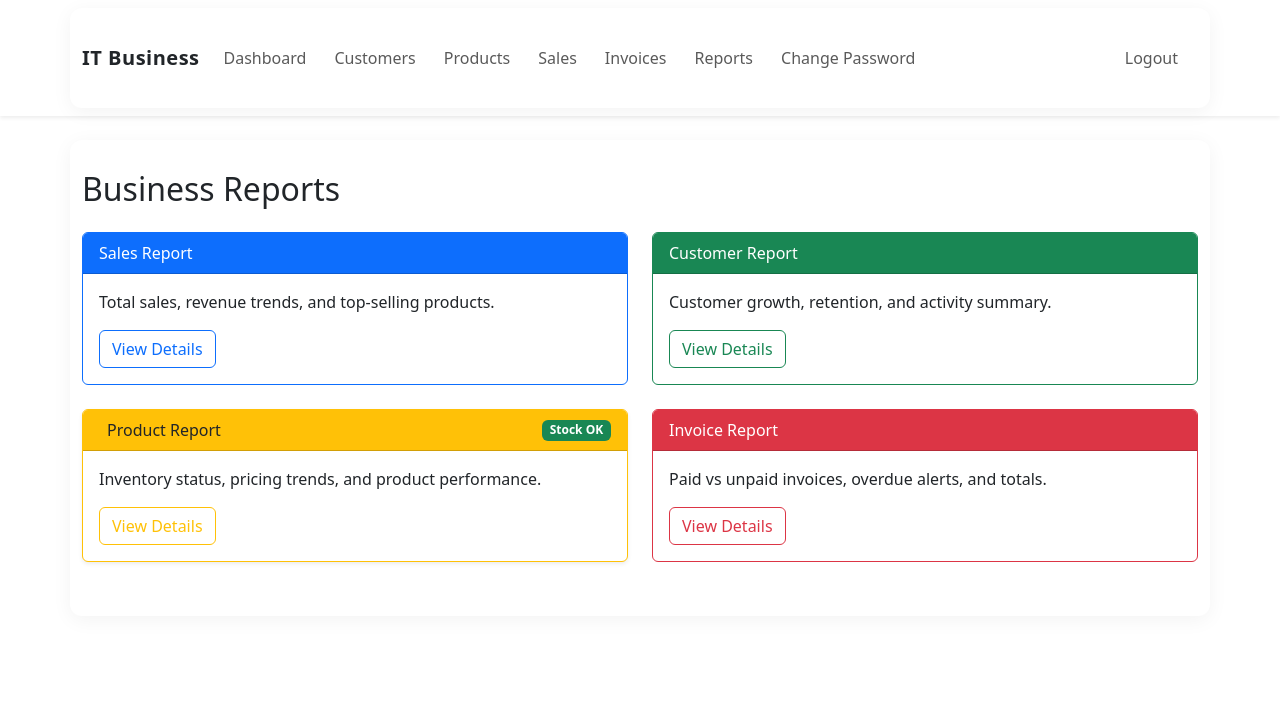
Repository: asmsaifulislam/it_business
Page: http://localhost/reports
These files come from the project's save history. The page is drawn as it stood at one moment and after a run of saves; the edit follows.
The browser window is 1280 px wide. The pictures show the whole page.
The page is served by the project's application, run on Flask 3 (app.py). The session is filled in as if someone had signed in: {"user_id": 1}. Other server files are loaded and not shown.

Above is the page before, as saved 2025-09-20 00:46:03.

### templates/reports.html
{% extends 'base.html' %}

{% block content %}
<h2 class="mb-4">Business Reports</h2>

<div class="row">
    <!-- Sales Report -->
    <div class="col-md-6 mb-4">
        <div class="card border-primary">
            <div class="card-header bg-primary text-white">Sales Report</div>
            <div class="card-body">
                <p>Total sales, revenue trends, and top-selling products.</p>
                <a href="{{ url_for('sales_report_view') }}" class="btn btn-outline-primary">View Details</a>
            </div>
        </div>
    </div>

    <!-- Customer Report -->
    <div class="col-md-6 mb-4">
        <div class="card border-success">
            <div class="card-header bg-success text-white">Customer Report</div>
            <div class="card-body">
                <p>Customer growth, retention, and activity summary.</p>
                <a href="{{ url_for('customer_report') }}" class="btn btn-outline-success">View Details</a>
            </div>
        </div>
    </div>

    <!-- Product Report -->
    <div class="col-md-6 mb-4">
        <div class="card border-warning shadow-sm">
            <div class="card-header bg-warning text-dark d-flex justify-content-between align-items-center">
                <span><i class="bi bi-box-seam me-2"></i>Product Report</span>
                {% if low_stock|length > 0 %}
                    <span class="badge bg-danger">{{ low_stock|length }} low-stock</span>
                {% else %}
                    <span class="badge bg-success">Stock OK</span>
                {% endif %}
            </div>
            <div class="card-body">
                <p>Inventory status, pricing trends, and product performance.</p>
                <a href="{{ url_for('product_report') }}" class="btn btn-outline-warning">View Details</a>
            </div>
        </div>
    </div>

    <!-- Invoice Report -->
    <div class="col-md-6 mb-4">
        <div class="card border-danger">
            <div class="card-header bg-danger text-white">Invoice Report</div>
            <div class="card-body">
                <p>Paid vs unpaid invoices, overdue alerts, and totals.</p>
                <a href="{{ url_for('invoice_report') }}" class="btn btn-outline-danger">View Details</a>
            </div>
        </div>
    </div>
</div>
{% endblock %}

### templates/base.html
<!DOCTYPE html>
<html lang="en">
<head>
    <meta charset="UTF-8">
    <title>IT Business Management Tool</title>
    <meta name="viewport" content="width=device-width, initial-scale=1">

    <!-- Custom Styles -->
    <link rel="stylesheet" href="{{ url_for('static', filename='style.css') }}">

    <!-- Bootstrap CSS -->
    <link href="https://cdn.jsdelivr.net/npm/bootstrap@5.3.0/dist/css/bootstrap.min.css" rel="stylesheet">
</head>
<body>
    <!-- Navbar -->
    <nav class="navbar navbar-expand-lg shadow-sm mb-4" style="background-color: #ffffff;">
        <div class="container">
            <a class="navbar-brand text-dark" href="{{ url_for('dashboard') }}">IT Business</a>
            <button class="navbar-toggler" type="button" data-bs-toggle="collapse" data-bs-target="#navbarNav" aria-controls="navbarNav" aria-expanded="false" aria-label="Toggle navigation">
                <span class="navbar-toggler-icon"></span>
            </button>

            <div class="collapse navbar-collapse justify-content-between" id="navbarNav">
                <ul class="navbar-nav">
                    <li class="nav-item"><a class="nav-link" href="{{ url_for('dashboard') }}">Dashboard</a></li>
                    <li class="nav-item"><a class="nav-link" href="{{ url_for('customers') }}">Customers</a></li>
                    <li class="nav-item"><a class="nav-link" href="{{ url_for('products') }}">Products</a></li>
                    <li class="nav-item"><a class="nav-link" href="{{ url_for('sales') }}">Sales</a></li>
                    <li class="nav-item"><a class="nav-link" href="{{ url_for('invoice') }}">Invoices</a></li>
                    <li class="nav-item"><a class="nav-link" href="{{ url_for('reports') }}">Reports</a></li>
                    <li class="nav-item"><a class="nav-link" href="{{ url_for('change_password') }}">Change Password</a></li>
                </ul>

                <ul class="navbar-nav">
                    {% if session.get('user_id') %}
                        <li class="nav-item"><a class="nav-link" href="{{ url_for('logout') }}">Logout</a></li>
                    {% else %}
                        <li class="nav-item"><a class="nav-link" href="{{ url_for('login') }}">Login</a></li>
                    {% endif %}
                </ul>
            </div>
        </div>
    </nav>

    <!-- Flash Messages -->
    <div class="container">
        {% with messages = get_flashed_messages(with_categories=true) %}
            {% if messages %}
                {% for category, message in messages %}
                    <div class="alert alert-{{ category }} text-center fade-in">
                        {{ message }}
                    </div>
                {% endfor %}
            {% endif %}
        {% endwith %}

        <!-- Page Content -->
        {% block content %}{% endblock %}
    </div>

    <!-- Bootstrap JS -->
    <script src="https://cdn.jsdelivr.net/npm/bootstrap@5.3.0/dist/js/bootstrap.bundle.min.js"></script>
</body>
</html>

### static/style.css
\/* =========================
   Base Reset
========================= */
body {
    margin: 0;
    padding: 0;
    font-family: 'Segoe UI', Tahoma, Geneva, Verdana, sans-serif;
    background-color: #f4f6f9;
    color: #212529;
    text-align: center;
}

/* =========================
   Navbar
========================= */
nav.navbar {
    background-color: #ffffff;
    box-shadow: 0 2px 4px rgba(0, 0, 0, 0.1);
    transition: box-shadow 0.3s ease;
}

nav.navbar:hover {
    box-shadow: 0 4px 12px rgba(0, 0, 0, 0.15);
}

.navbar-brand {
    font-weight: bold;
    font-size: 1.5rem;
    letter-spacing: 0.5px;
    color: #2c3e50;
}

.nav-link {
    font-size: 1rem;
    margin-right: 12px;
    position: relative;
    color: #2c3e50;
    transition: color 0.3s ease;
}

.nav-link::after {
    content: '';
    position: absolute;
    left: 0;
    bottom: -4px;
    width: 0%;
    height: 2px;
    background-color: #198754;
    transition: width 0.3s ease;
}

.nav-link:hover {
    color: #198754;
}

.nav-link:hover::after {
    width: 100%;
}

/* =========================
   Container
========================= */
.container {
    padding: 30px 20px;
    max-width: 1200px;
    margin: 0 auto;
    background-color: #ffffff;
    border-radius: 12px;
    box-shadow: 0 4px 20px rgba(0, 0, 0, 0.05);
}

/* =========================
   Headings
========================= */
h2 {
    font-weight: 600;
    color: #2c3e50;
    margin-bottom: 30px;
}

/* =========================
   Table Styles
========================= */
table {
    font-size: 0.95rem;
    margin: 0 auto;
    width: 100%;
    border-collapse: collapse;
}

.table th {
    background-color: #2c3e50;
    color: white;
    text-align: center;
    padding: 12px;
}

.table td {
    vertical-align: middle;
    text-align: center;
    padding: 10px;
    background-color: #ffffff;
}

.table tbody tr:hover {
    background-color: #f0f8ff;
}

/* =========================
   Buttons
========================= */
.table-actions .btn {
    width: 192px;
    height: 82px;
    font-size: 1.2rem;
    padding: 0;
    display: flex;
    align-items: center;
    justify-content: center;
    border-radius: 10px;
    box-shadow: 0 4px 12px rgba(0, 0, 0, 0.2);
    transition: transform 0.3s ease, box-shadow 0.3s ease;
}

.table-actions .btn:hover {
    transform: scale(1.05);
    box-shadow: 0 6px 16px rgba(0, 0, 0, 0.25);
}

.table-actions .btn-success {
    background-color: #198754;
    color: white;
}

.table-actions .btn-success:hover {
    background-color: #157347;
}

.table-actions .btn-danger {
    background-color: #dc3545;
    color: white;
}

.table-actions .btn-danger:hover {
    background-color: #b02a37;
}

/* =========================
   Badges
========================= */
.badge {
    font-size: 0.85rem;
    padding: 6px 10px;
    border-radius: 4px;
}

/* =========================
   Responsive
========================= */
@media (max-width: 992px) {
    .table-actions .btn {
        width: 140px;
        height: 60px;
        font-size: 1rem;
    }
}

Loaded but not shown: app.py (423 lines, source omitted)

After the next 2 saves:
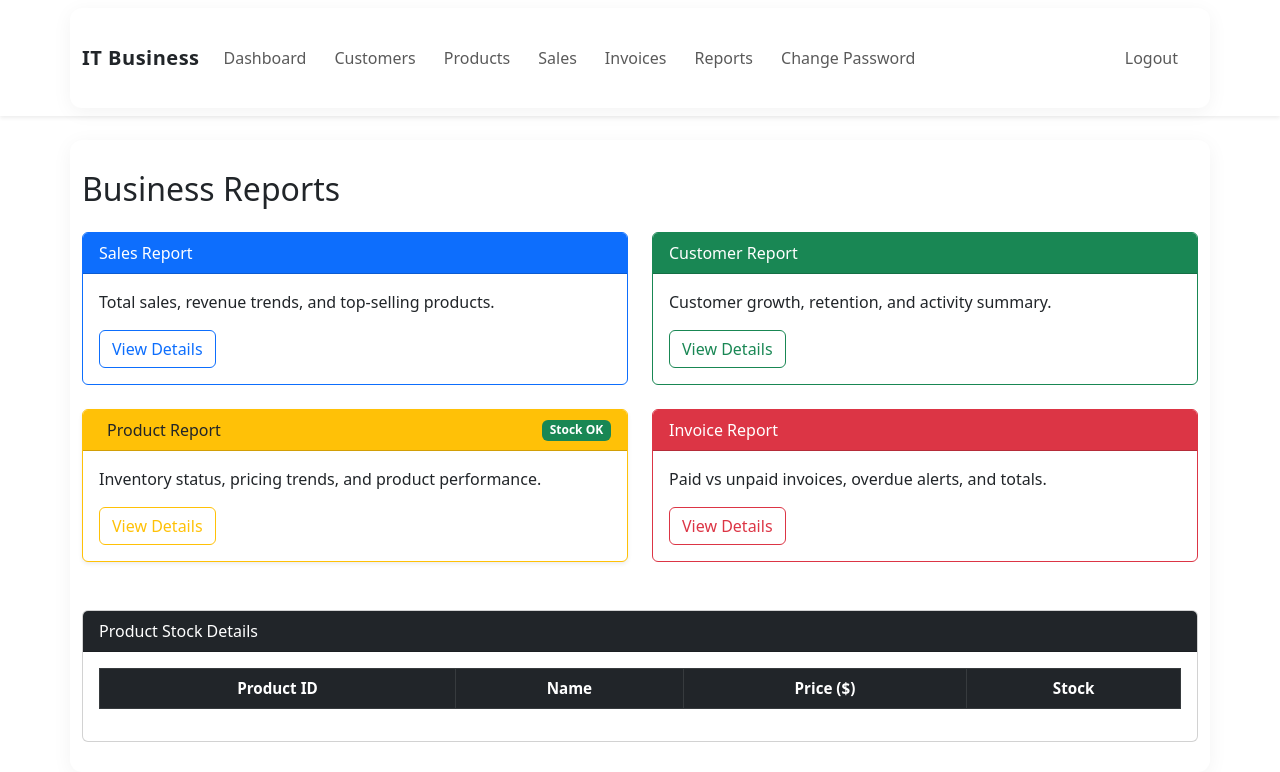
The 2 saves are shown as one change because they came seconds apart.
The last was saved 110 s later.
--- a/templates/reports.html
+++ b/templates/reports.html
@@ -55,4 +55,42 @@
         </div>
     </div>
 </div>
+
+<!-- Optional: Show full product stock table -->
+<div class="row mt-4">
+    <div class="col-12">
+        <div class="card">
+            <div class="card-header bg-dark text-white">Product Stock Details</div>
+            <div class="card-body">
+                <table class="table table-bordered table-striped text-center align-middle">
+                    <thead class="table-dark">
+                        <tr>
+                            <th>Product ID</th>
+                            <th>Name</th>
+                            <th>Price ($)</th>
+                            <th>Stock</th>
+                        </tr>
+                    </thead>
+                    <tbody>
+                        {% for product in products %}
+                        <tr>
+                            <td>{{ product.id }}</td>
+                            <td>{{ product.name }}</td>
+                            <td>${{ "{:,.2f}".format(product.price) }}</td>
+                            <td>
+                                {% if product.current_stock < 10 %}
+                                    <span class="badge bg-danger">{{ product.current_stock }}</span>
+                                {% else %}
+                                    <span class="badge bg-success">{{ product.current_stock }}</span>
+                                {% endif %}
+                            </td>
+                        </tr>
+                        {% endfor %}
+                    </tbody>
+                </table>
+            </div>
+        </div>
+    </div>
+</div>
+
 {% endblock %}
